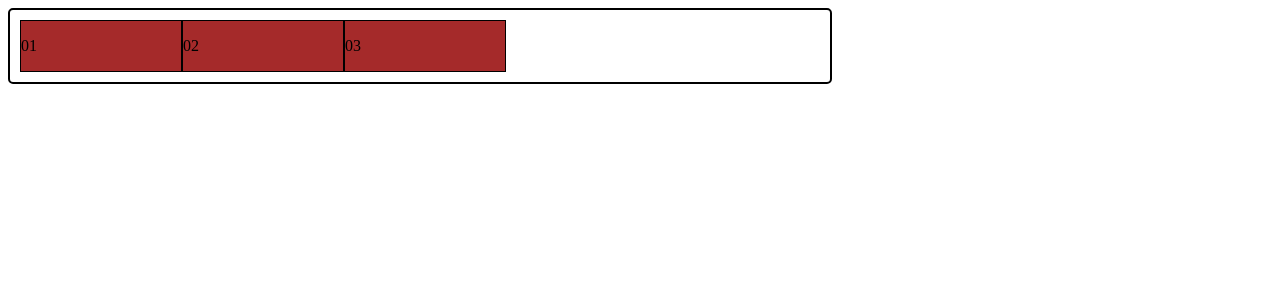
Repository: ozielms/flexbox
Page: outros/flexbox-master/index.html
An editor plug-in stored every save of this project. The page is shown before and after the next save, followed by the edit.
The browser window is 1280 px wide. The pictures show the whole page.

Above is the page before, as saved 2022-04-23 03:58:01.

After the next save:
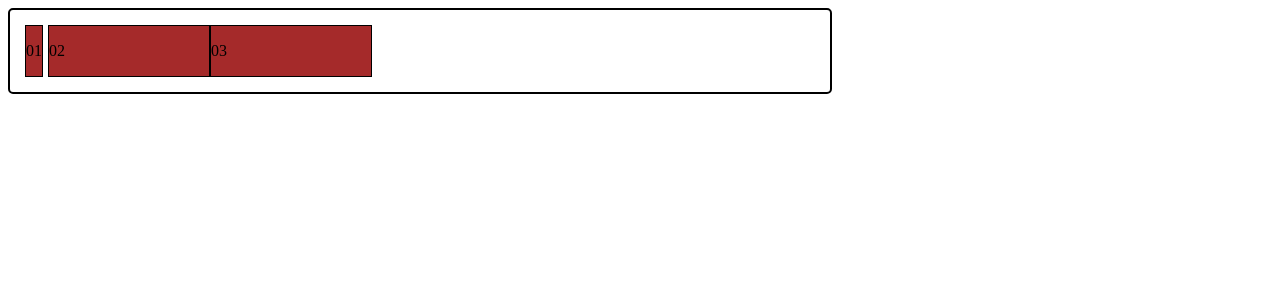
Saved 28 s later.
--- a/outros/flexbox-master/css/estilo.css
+++ b/outros/flexbox-master/css/estilo.css
@@ -9,11 +9,9 @@
 }
 
 .filho1 {
-    width: 20%;
-    height: 99%;
     background-color: brown;
     border: 1px solid black;
-    fle
+    margin: 5px;
 }
 
 .filho2 {
